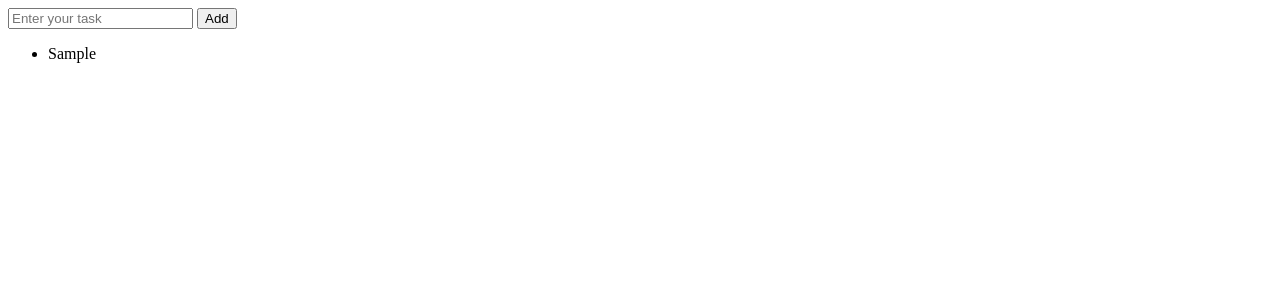
Repository: darihafebi825-collab/TODO-APP
Page: index.htmL
The author's editor kept a copy of each file at every save. The page is drawn from the files as they stood at one save, then again after the next save.
The browser window is 1280 px wide. The pictures show the whole page.
Empty fields were first filled with sample values (such as "Sample", 5 or name@example.com).
After loading, the first visible `button` was clicked once.

Above is the page before, as saved 2026-02-01 17:47:45.

### index.htmL
<!DOCTYPE html>
<html>
<head>
    <title>To-Do Input & List</title>
</head>
<body>

    <input type="text" id="taskInput" placeholder="Enter your task">
    <button onclick="addTask()">Add</button>

    <ul id="taskList"></ul>

    <script>
        function addTask() {
            const task = document.getElementById("taskInput").value;

            if (task === "") return;

            const li = document.createElement("li");
            li.textContent = task;

            document.getElementById("taskList").appendChild(li);
            document.getElementById("taskInput").value = "";
        }
    </script>

</body>
</html>

After the next save:
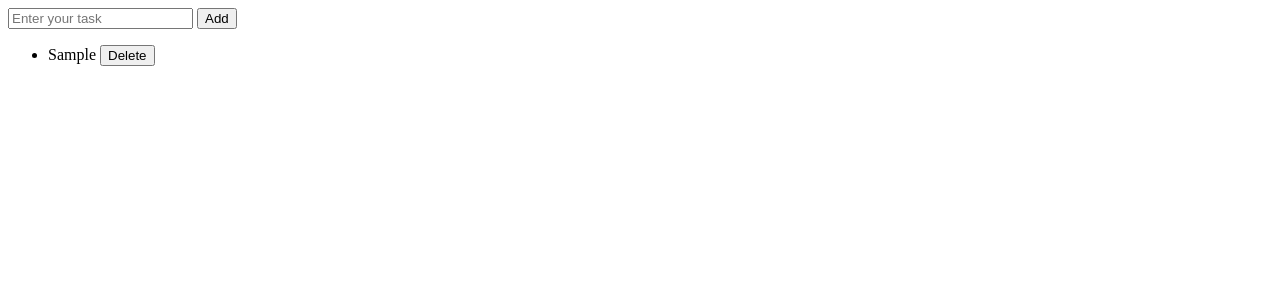
Saved 5 min 23 s later.
--- a/index.htmL
+++ b/index.htmL
@@ -17,8 +17,15 @@
             if (task === "") return;
 
             const li = document.createElement("li");
-            li.textContent = task;
+            li.textContent = task + " ";
 
+            const deleteBtn = document.createElement("button");
+            deleteBtn.textContent = "Delete";
+            deleteBtn.onclick = function () {
+                li.remove();
+            };
+
+            li.appendChild(deleteBtn);
             document.getElementById("taskList").appendChild(li);
             document.getElementById("taskInput").value = "";
         }

After the save that followed:
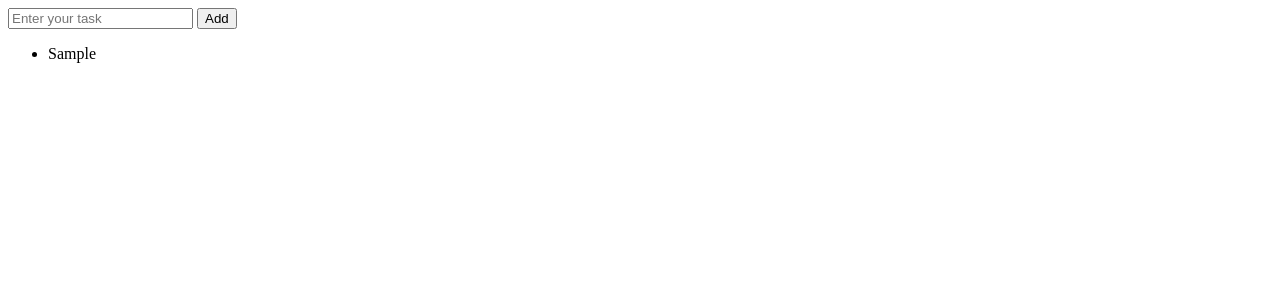
Saved 48 s later.
--- a/index.htmL
+++ b/index.htmL
@@ -11,21 +11,36 @@
     <ul id="taskList"></ul>
 
     <script>
+        let selectedItem = null;
+
         function addTask() {
             const task = document.getElementById("taskInput").value;
-
             if (task === "") return;
 
             const li = document.createElement("li");
-            li.textContent = task + " ";
+            li.textContent = task;
 
-            const deleteBtn = document.createElement("button");
-            deleteBtn.textContent = "Delete";
-            deleteBtn.onclick = function () {
-                li.remove();
+            li.onclick = function () {
+                // remove delete button from previous selection
+                if (selectedItem) {
+                    const oldBtn = selectedItem.querySelector("button");
+                    if (oldBtn) oldBtn.remove();
+                }
+
+                selectedItem = li;
+
+                // create delete button
+                const deleteBtn = document.createElement("button");
+                deleteBtn.textContent = "Delete";
+                deleteBtn.onclick = function (e) {
+                    e.stopPropagation(); // prevent re-select
+                    li.remove();
+                    selectedItem = null;
+                };
+
+                li.appendChild(deleteBtn);
             };
 
-            li.appendChild(deleteBtn);
             document.getElementById("taskList").appendChild(li);
             document.getElementById("taskInput").value = "";
         }
